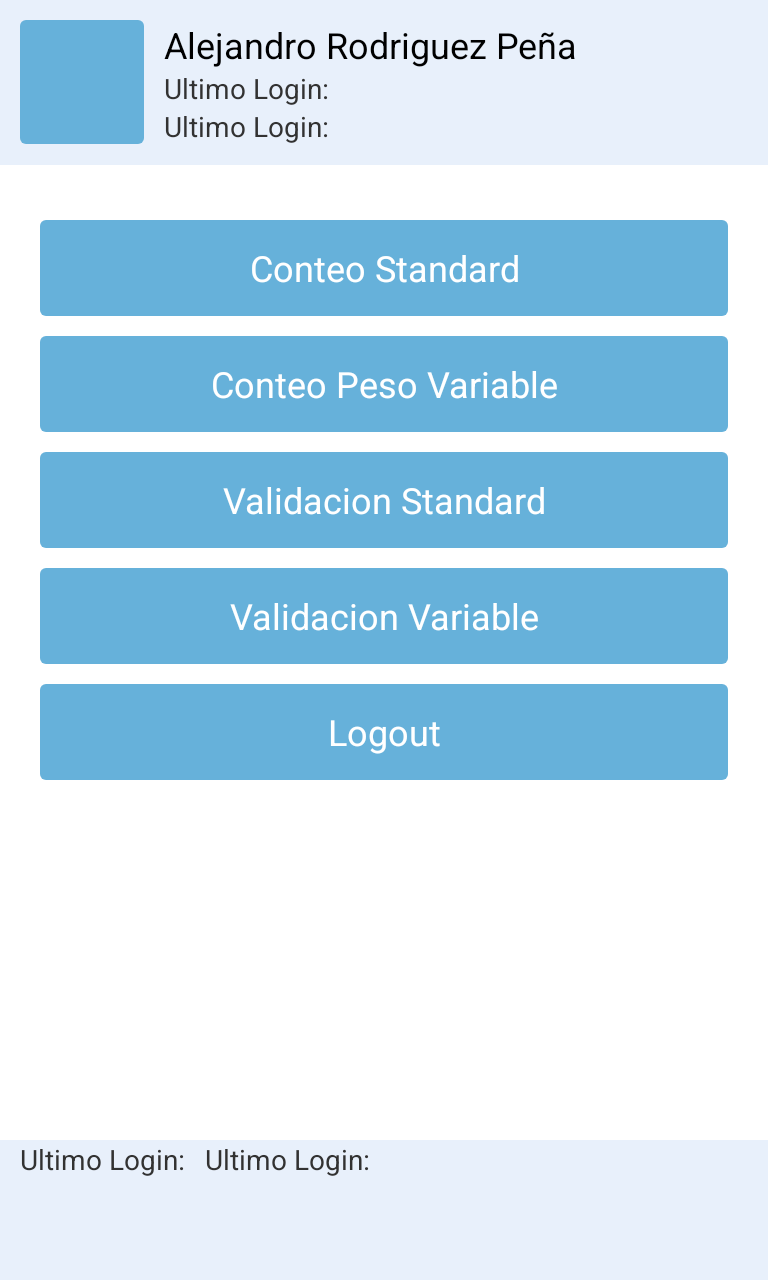
Repository: arodriguezp2003/aqandroid
Layout: BlueFlameWMS/res/layout/lmenu.xml
An editor plug-in stored every save of this project. The layout is shown before and after the next save, followed by the edit.
It is drawn on a 768 x 1280 px phone screen (xhdpi) without system bars, with theme AppTheme; the app's code is not run.

Above is the layout before, as saved 2014-06-20 19:35:22.

After the next save:
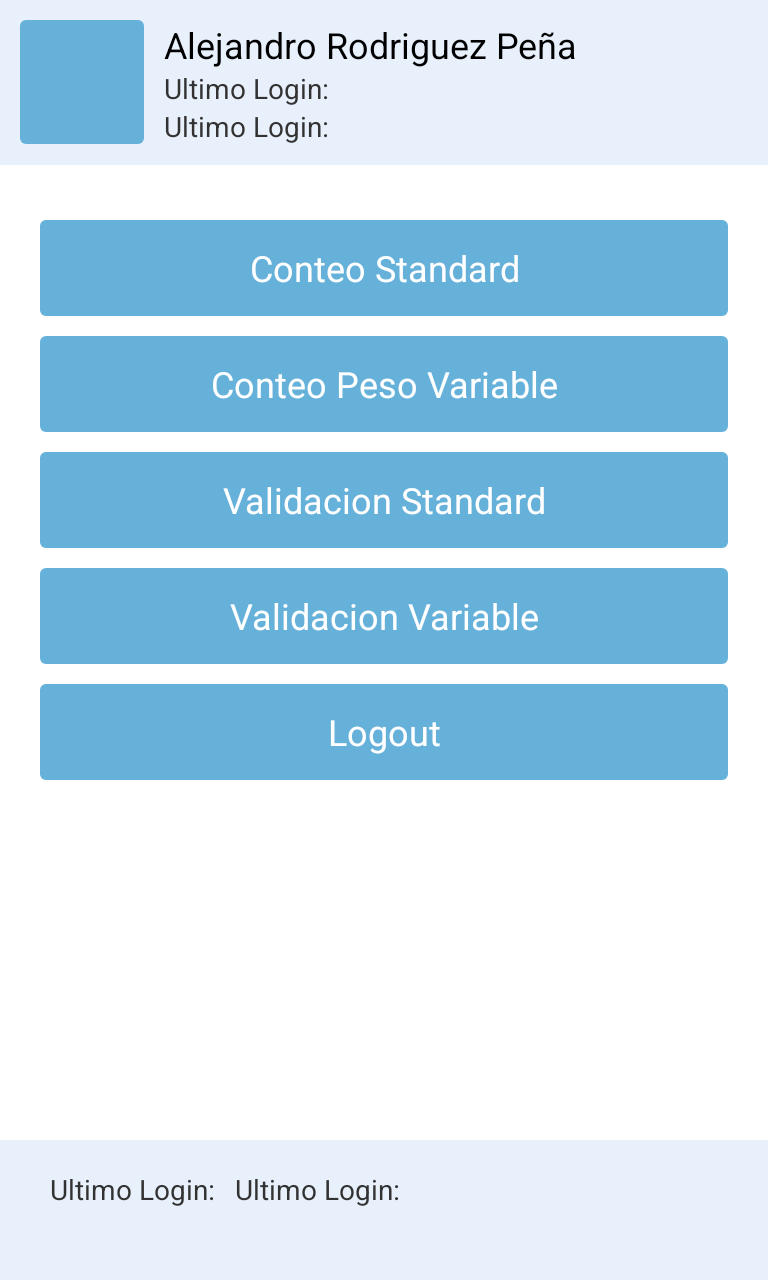
Saved 54 s later.
--- a/BlueFlameWMS/res/layout/lmenu.xml
+++ b/BlueFlameWMS/res/layout/lmenu.xml
@@ -59,8 +59,9 @@
   <LinearLayout
       android:id="@+id/footer"
       android:layout_width="fill_parent"
-      android:layout_height="70dp"
+      android:layout_height="70dip"
       android:layout_alignParentBottom="true"
+      android:padding="15dp"
       android:background="@drawable/fondo" >
    <TextView
                 android:id="@+id/xLastLog"
@@ -86,7 +87,7 @@
           android:orientation="vertical"
           android:layout_width="match_parent"
           android:layout_height="wrap_content"
-          android:padding="20dp"
+          android:padding="20dip"
           android:layout_marginTop="80dp"
          >
 
